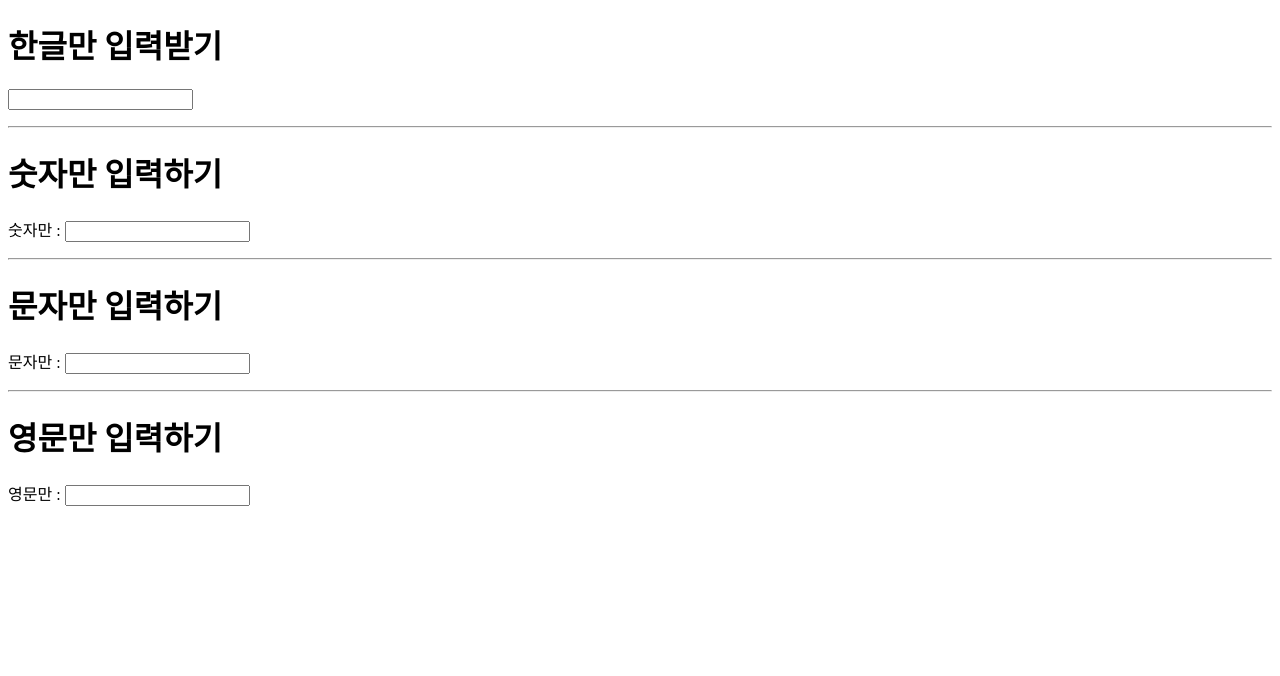
Repository: shbaksa/study
Page: http://localhost/mw_0621/javascript/keypress2.jsp
These files come from the project's save history. The page is drawn as it stood at one moment and after the next save; the edit follows.
The browser window is 1280 px wide. The pictures show the whole page.
The page is served by Tomcat 9.

Above is the page before, as saved 2022-06-21 06:28:13.

After the next save:
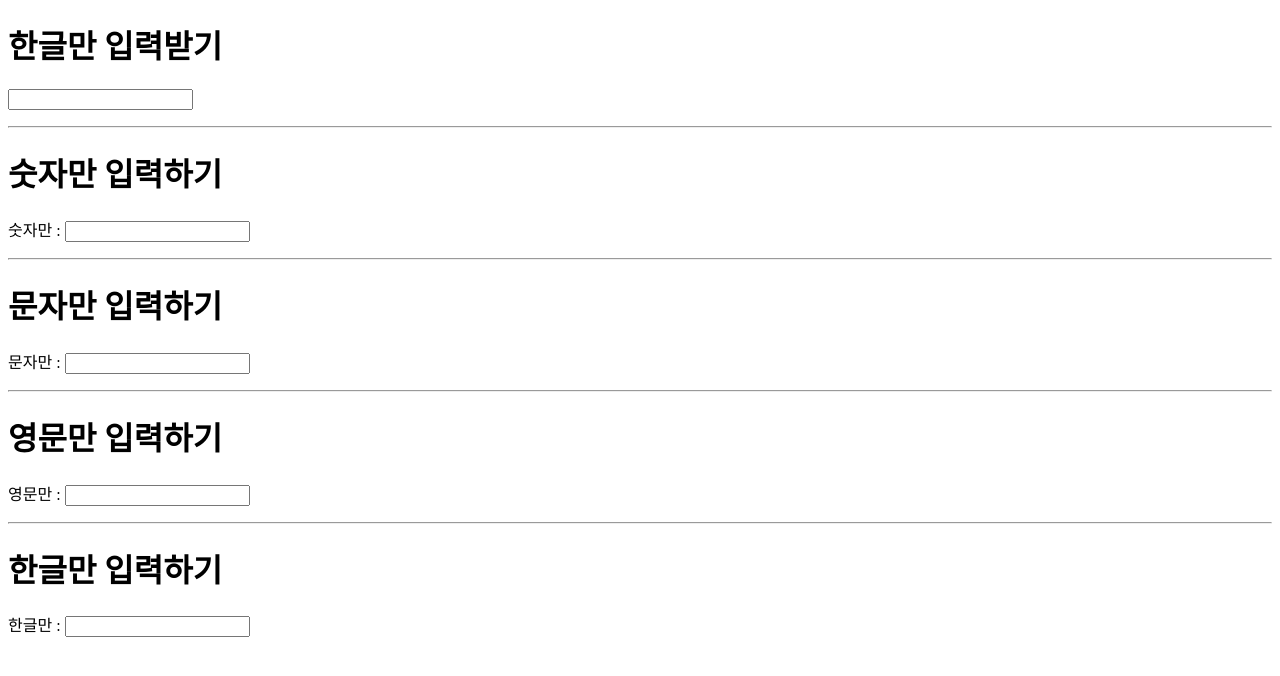
Saved 60 s later.
--- a/mw_0621/src/main/webapp/javascript/keypress2.jsp
+++ b/mw_0621/src/main/webapp/javascript/keypress2.jsp
@@ -45,6 +45,10 @@
 	<!-- 영문만 입력하기 -->
 	<h1>영문만 입력하기</h1>
 	영문만 : <input type="text" onkeyup="check3(this)"> <p>
+	<hr>
+	<!-- 한글만 입력하기 -->
+	<h1>한글만 입력하기</h1>
+	한글만 : <input type="text" onkeyup="check4(this)"> <p>
 
 </body>
 </html>
